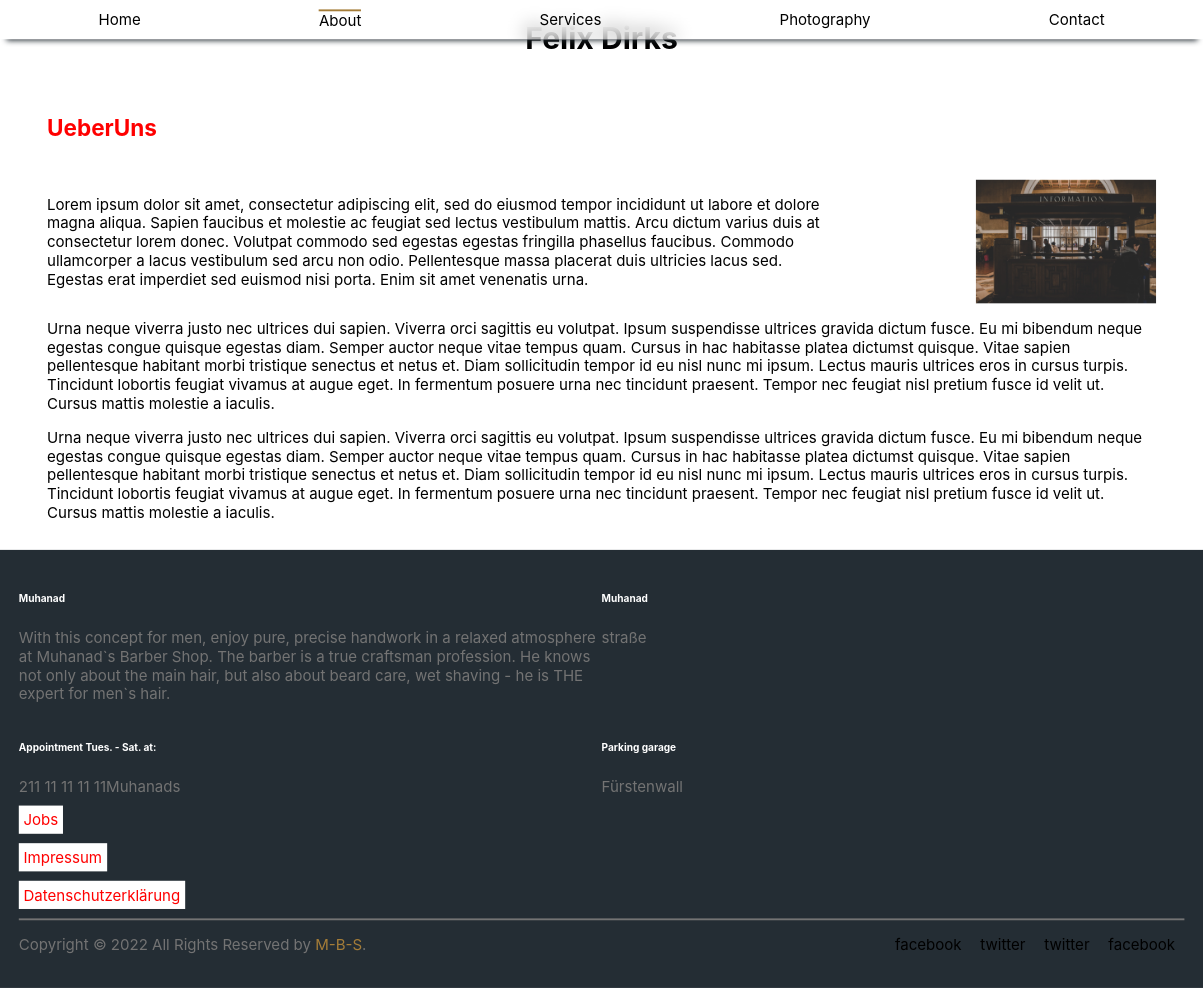
Repository: muhanad-musawi/backend-projekt-frondend
Page: /About (app in pohtographer/)
These files come from the project's save history. The page is drawn as it stood at one moment and after a run of saves; the edit follows.
The browser window is 1280 px wide. The pictures show the whole page, at 94% of full size.
The project was rebuilt for these pictures with package versions that can differ from the ones it lists, and the page was loaded fresh each time. The framework's server and built-in components were replaced by stand-ins that run in the browser. Also part of the build but not shown: pohtographer/next.config.js.

Above is the page before, as saved 2022-03-27 15:54:59.

### pohtographer/pages/_app.js
import '../styles/globals.css'
import Layout from '../layouts/default'

function MyApp({ Component, pageProps }) {


  const getLayout = Component.getLayout
  || ((page) => (<Layout>{page}</Layout>))

  return  getLayout (<Component {...pageProps} />


  )

}

export default MyApp

### pohtographer/pages/About.jsx

import styles from '../styles/main.module.css'
import Image from 'next/image'
import imgA from '../img/philip-strong-iOBTE2xsYko-unsplash.jpg'


function UeberUns() {
  return (
    <div>

    <div className={styles.mainContent}  >

    <h2 className={styles.hTwo} >UeberUns</h2>

    <div  className={styles.imgText} >
    <p className={styles.text} >Lorem ipsum dolor sit amet, consectetur adipiscing elit, sed do eiusmod tempor incididunt ut labore et dolore magna aliqua. Sapien faucibus et molestie ac feugiat sed lectus vestibulum mattis. Arcu dictum varius duis at consectetur lorem donec. Volutpat commodo sed egestas egestas fringilla phasellus faucibus. Commodo ullamcorper a lacus vestibulum sed arcu non odio. Pellentesque massa placerat duis ultricies lacus sed. Egestas erat imperdiet sed euismod nisi porta. Enim sit amet venenatis urna.
    </p>
    <Image width={192}  height={118} src={imgA} alt="" />
    </div>

    <p  className={styles.text}>Urna neque viverra justo nec ultrices dui sapien. Viverra orci sagittis eu volutpat. Ipsum suspendisse ultrices gravida dictum fusce. Eu mi bibendum neque egestas congue quisque egestas diam. Semper auctor neque vitae tempus quam. Cursus in hac habitasse platea dictumst quisque. Vitae sapien pellentesque habitant morbi tristique senectus et netus et. Diam sollicitudin tempor id eu nisl nunc mi ipsum. Lectus mauris ultrices eros in cursus turpis. Tincidunt lobortis feugiat vivamus at augue eget. In fermentum posuere urna nec tincidunt praesent. Tempor nec feugiat nisl pretium fusce id velit ut. Cursus mattis molestie a iaculis.</p>

    <p className={styles.text}>
    Urna neque viverra justo nec ultrices dui sapien. Viverra orci sagittis eu volutpat. Ipsum suspendisse ultrices gravida dictum fusce. Eu mi bibendum neque egestas congue quisque egestas diam. Semper auctor neque vitae tempus quam. Cursus in hac habitasse platea dictumst quisque. Vitae sapien pellentesque habitant morbi tristique senectus et netus et. Diam sollicitudin tempor id eu nisl nunc mi ipsum. Lectus mauris ultrices eros in cursus turpis. Tincidunt lobortis feugiat vivamus at augue eget. In fermentum posuere urna nec tincidunt praesent. Tempor nec feugiat nisl pretium fusce id velit ut. Cursus mattis molestie a iaculis.
    </p>

  </div>

  </div>
  )
}

export default UeberUns

### pohtographer/styles/globals.css
html,
body {
  padding: 0;
  margin: 0;
  font-family: -apple-system, BlinkMacSystemFont, Segoe UI, Roboto, Oxygen,
    Ubuntu, Cantarell, Fira Sans, Droid Sans, Helvetica Neue, sans-serif;
}

a {
  color: inherit;
  text-decoration: none;
}

* {
  box-sizing: border-box;
}

### pohtographer/layouts/default.jsx

import Header from '../components/Header'

import Footer from '../components/Footer'
import Head from 'next/head'


function Layout ({children}) {
  return (
    <div>
       <Header/>
       <Head>
        <title>my-App</title>
        <meta name="description" content="Generated by create next app" />
        <link rel="icon" href="/favicon.ico" />
      </Head>
      {children}
      <Footer/>
    </div>
  )
}

export default Layout

### pohtographer/styles/main.module.css


.mainContent{
  margin: 30px 50px;
}

.hTwo {
  color: red;
  margin: 40px 0px;
}

.text{
  text-align: left;


}

.imgText{
  display: flex;
  justify-content: space-between;
}

.imgText p {
  width: 70%;
 }

### pohtographer/components/Header.jsx
import Link from 'next/link'
import Image from 'next/image'
import home from '../img/home.svg'
import about from '../img/about.svg'
import service from '../img/service.svg'
import experience from '../img/experience.svg'
import contact from '../img/contact.svg'

import styles from '../styles/Header.module.css'
import { useRouter } from "next/router";



function Header() {

  const router = useRouter();

  return (
    <div className={styles.navbarCenter} >
      <h1 className={styles.logoName}>Felix Dirks</h1>
    <div className={styles.headerLinks}>

        <Link href="/">
          <a className={router.pathname == "/" ? styles.active : ""}><span className={styles.desktopVersion}>Home</span>
        <span className={styles.mobileVersion}>

          <span className={styles.img}> <Image  src={home} alt="home" /></span>


        </span></a>
        </Link>

        <Link href="/About">
          <a className={router.pathname == "/About" ? styles.active : ""}>
          <span className={styles.desktopVersion}>About</span>
        <span className={styles.mobileVersion}>


        <span className={styles.img} ><Image   src={about} alt="about" /></span>

        </span>
          </a>
        </Link>

        <Link href="/Services">
          <a className={router.pathname == "/Services" ? styles.active  : ""}>
          <span className={styles.desktopVersion}>Services</span>
        <span className={styles.mobileVersion}>

          <span className={styles.img}><Image  src={service} alt="service" /></span>


        </span>
          </a>
        </Link>

        <Link href="/Photography">
          <a className={router.pathname == "/Photography" ? styles.active  : ""}>
          <span className={styles.desktopVersion}>Photography</span>
        <span className={styles.mobileVersion}>

          <span className={styles.img} > <Image  src={home} alt="home" /></span>


        </span>
          </a>
        </Link>

        <Link href="/Contact">
          <div className={router.pathname == "/Contact" ? styles.active : ""}>
          <span className={styles.desktopVersion}>Contact</span>

        <span className={styles.mobileVersion}>

          <span className={styles.img} ><Image  src={contact} alt="contact" /></span>

        </span>
          </div>
        </Link>

        </div>

    </div>
  )
}

export default Header

### pohtographer/components/Footer.jsx
import Link from "next/link";
import styles from "../styles/Footer.module.css";

function Footer() {
  return (
    <div className={styles.footer}>

    <div className={styles.startFooter}>
      <div className={styles.conceptText}>
        <h6>Muhanad</h6>
        <p>
          With this concept for men, enjoy pure, precise handwork in a relaxed
          atmosphere at Muhanad`s Barber Shop. The barber is a true craftsman
          profession. He knows not only about the main hair, but also about
          beard care, wet shaving - he is THE expert for men`s hair.
        </p>
      </div>

      <div className={styles.adresseLink}>
        <h6>Muhanad</h6>
        <div>
          <Link href="'">straße</Link>
        </div>
      </div>

      <div className={styles.openingContactDetails}>
        <h6>Appointment Tues. - Sat. at:</h6>
        <div>
          <Link href="'">211 11 11 11 11</Link>
          <Link href="'">Muhanads</Link>
        </div>
      </div>

      <div className={styles.parkingGarage}>
        <h6>Parking garage</h6>
        <div>
          <Link href="'">Fürstenwall</Link>
        </div>
      </div>

      <div className={styles.jobsImpressumDatenschutzerklärungLink}>
      <div><Link href="#1">Jobs</Link></div>
      <div><Link href="#2">Impressum</Link></div>
       <div><Link href="#3">Datenschutzerklärung</Link></div>
      </div>
       </div>


      <div className={styles.endFooter}>

        <div className={styles.copyrightLink}>
          <p>
           Copyright &copy; 2022 All Rights Reserved by
           <span className={styles.link}><Link href="#">  M-B-S</Link></span>.
          </p>
        </div>

        <div className={styles.socialMedia}>
          <ul className={styles.socialMediaUl}>
            <li>
              <Link href="#">facebook</Link>
            </li>
            <li>
              <Link href="#">twitter</Link>
            </li>
            <li>
              <Link href="#">twitter </Link>
            </li>
            <li>
              <Link href="#">facebook</Link>
            </li>
          </ul>
        </div>
      </div>

    </div>
  );
}

export default Footer;

### pohtographer/styles/Header.module.css
/*
$color-white:#ffffff;
$footer-color:#737373;
$color-gold:#a57d38;
$color-dark:#242d34;
*/




.navbarCenter {
  width: 100%;
  display: flex;
  justify-content: center;

}

.headerLinks {
  -webkit-backdrop-filter: blur(10px);
  backdrop-filter: blur(10px);
  background-color: rgba(255, 255, 255, 0.5);

  margin: auto auto;
  padding: 10px;
  margin-bottom: 50px;
  display: flex;
  justify-content: space-around;
  align-items: center;

  border-radius: 40px;
  overflow: hidden;
  position: fixed;
  bottom: 0;
  width: 85%;
}

.mobileVersion {
  display: flex;
  justify-content: center;
  align-items: center;
  visibility: visible;
  border: 1px solid #a57d38;
  border-radius: 60%;
}

.mobileVersion:hover {
  border: 1px solid #a57d38;
  background-color: #242d34;
  border-radius: 60%;
}

.active {
  background-color: #242d34;
  border-radius: 60%;
  border: 2px solid #a57d38;
}

.img {
  width: 40px;
  margin: 5px;
  margin-left: 10px;
  margin-right: 10px;
  margin-top: 10px;
}

.desktopVersion {
  display: none;
  visibility: hidden;
}



@media screen and (min-width: 1024px) {

  .navbarCenter {

    position: sticky;
    overflow: hidden;
    z-index: 2;
    top: 0;

    width: 100%;
  }


  .headerLinks {
    width: 100%;
    -webkit-backdrop-filter: blur(10px);
    backdrop-filter: blur(10px);
    background-color: rgba(255, 255, 255, 0.5);


    justify-content: space-around;
    margin-top: 0px;
    margin-bottom: 0px;
    border-radius: 0;
    bottom: unset;


    -webkit-box-shadow: 0 8px 6px -6px #242d34;
    -moz-box-shadow: 0 8px 6px -6px #242d34;
    box-shadow: 0 8px 6px -6px #242d34;
  }


  .active {

    background-color: initial;
    border-radius: 0;
    border: none;
    border-top: 2px solid #a57d38;
  }

  .mobileVersion {
    display: none;
    visibility: hidden;
  }

  .desktopVersion {


    display: block;
    visibility: visible;
  }




}

### pohtographer/styles/Footer.module.css


.footer {
  width: 100%;
  padding: 20px;
  background-color: rgba(36,45,52,1);
}

.startFooter {
  display: grid;
  grid-template-columns: 1fr;
  grid-template-rows: 1fr;
}

.conceptText h6{
  color: #ffffff;

}

.conceptText p {
  color: #737373;
}

.adresseLink h6{
  color: #ffffff;
}

.adresseLink div{
  color: #737373;
}

.openingContactDetails h6{
  color: #ffffff;
}

.openingContactDetails div{
  color: #737373;
}

.parkingGarage h6{
  color: #ffffff;
}

.parkingGarage div {
  color: #737373;
}

.jobsImpressumDatenschutzerklärungLink  div {
  margin: 10px 0;
  padding: 5px 5px;
  color: red;
  background-color: #ffffff;
  width: max-content;
}


.copyrightLink {
  color: #737373;
  display: flex;

}

.link {
  color: #a57d38;
}

.endFooter {
  width: 100%;
  display: flex;
  justify-content: space-between;
  align-items: center;
  border-top: 2px solid  #737373;
}

.socialMedia {

}

.socialMediaUl {
  list-style: none;
  display: flex;
}

.socialMediaUl li {
  margin: 0 10px
}


@media screen and (min-width: 700px) {

  .startFooter {
    display: grid;
    grid-template-columns: 1fr 1fr ;
    grid-template-rows: auto;
    column-gap: <line-size>;
  row-gap:
  }


}

After the next 3 saves:
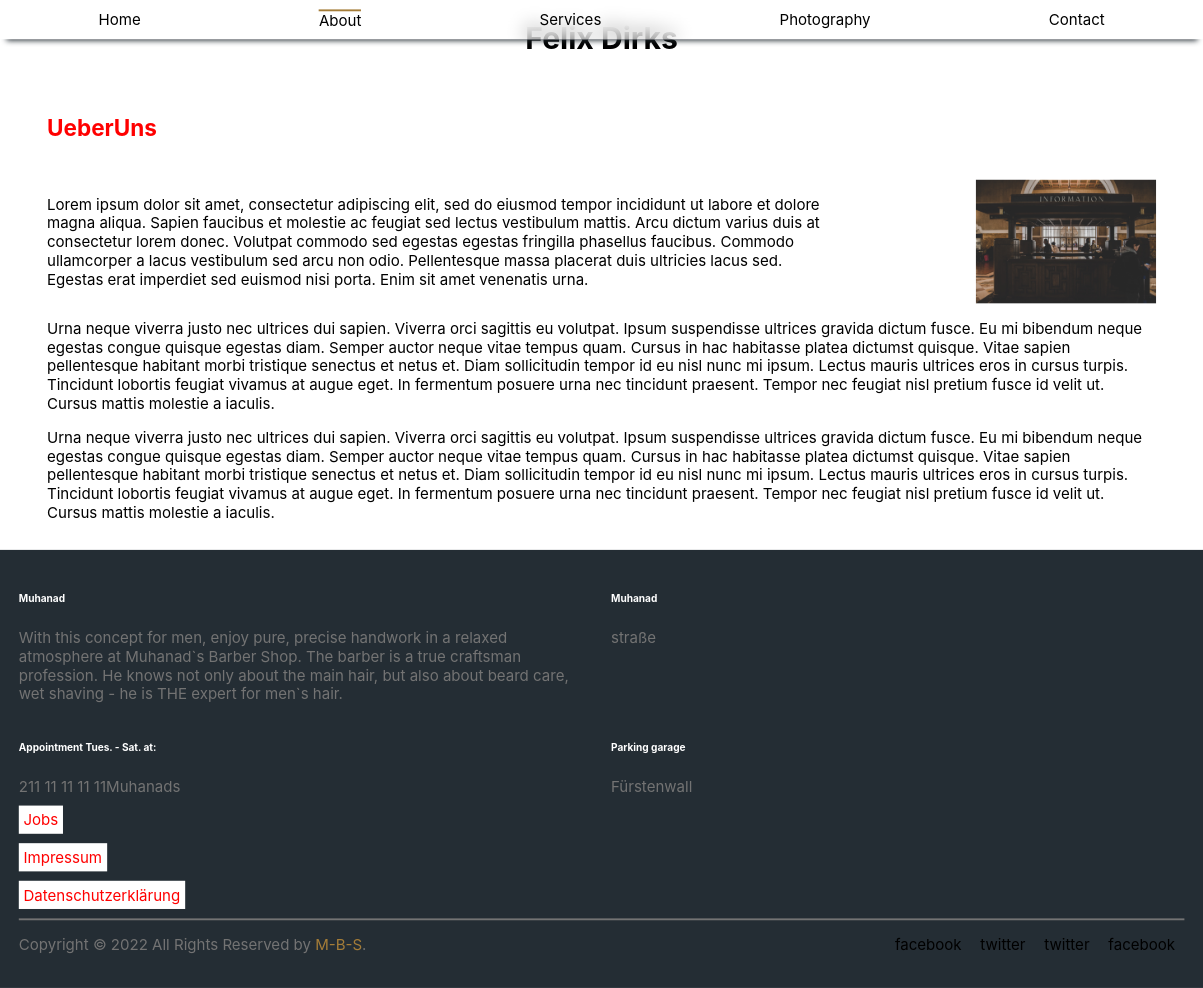
The 3 saves are shown as one change because they came seconds apart.
The last was saved 9 s later.
--- a/pohtographer/styles/Footer.module.css
+++ b/pohtographer/styles/Footer.module.css
@@ -92,7 +92,7 @@
     display: grid;
     grid-template-columns: 1fr 1fr ;
     grid-template-rows: auto;
-    column-gap: <line-size>;
+    column-gap: 20px;
   row-gap:
   }
 
